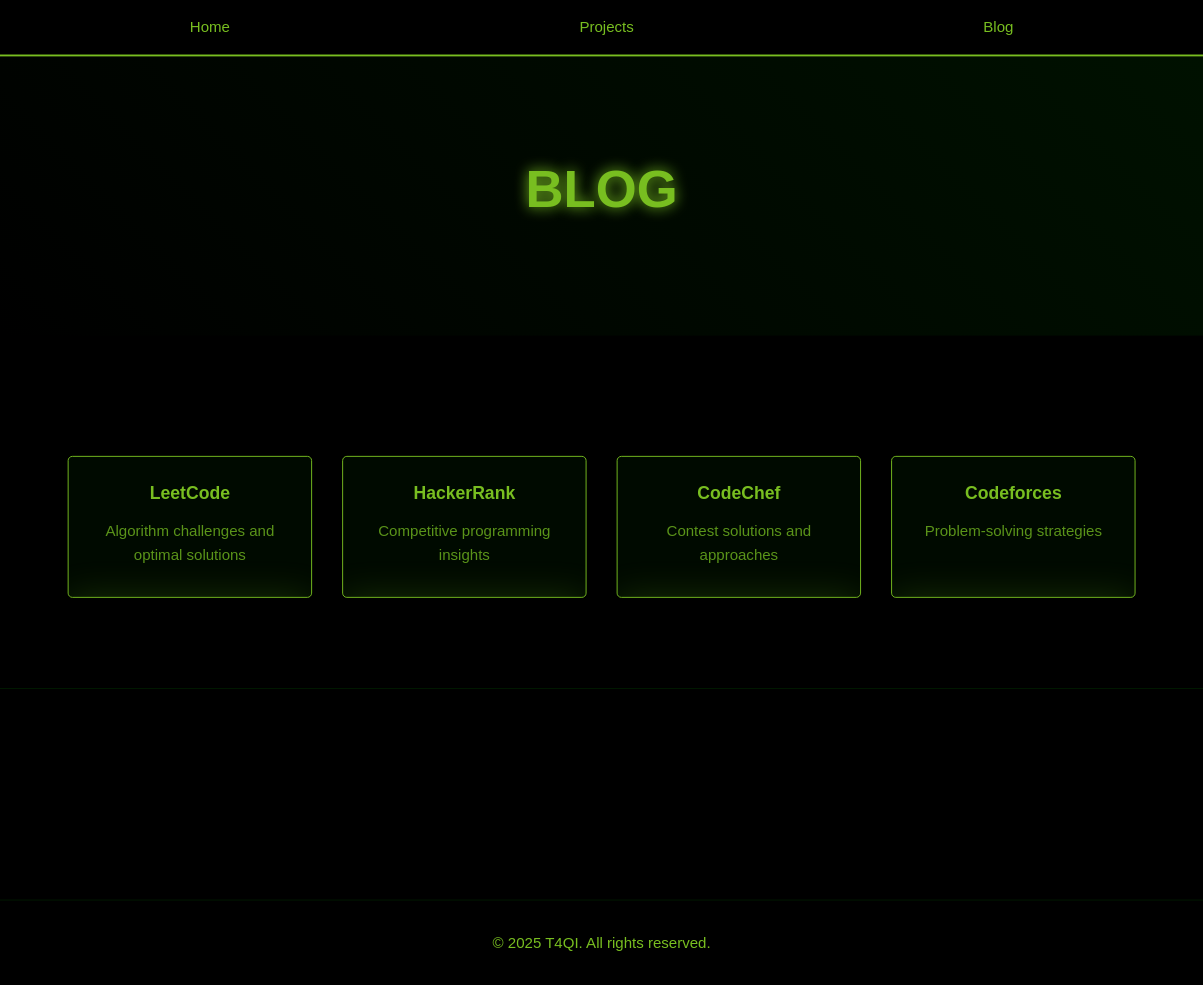
Repository: mohamedsoliman-tq/Website
Page: Blogs.html
These files come from the project's save history. The page is drawn as it stood at one moment and after a run of saves; the edit follows.
The browser window is 1280 px wide. The pictures show the whole page, at 94% of full size.

Above is the page before, as saved 2025-03-12 23:36:10.

After the next 5 saves:
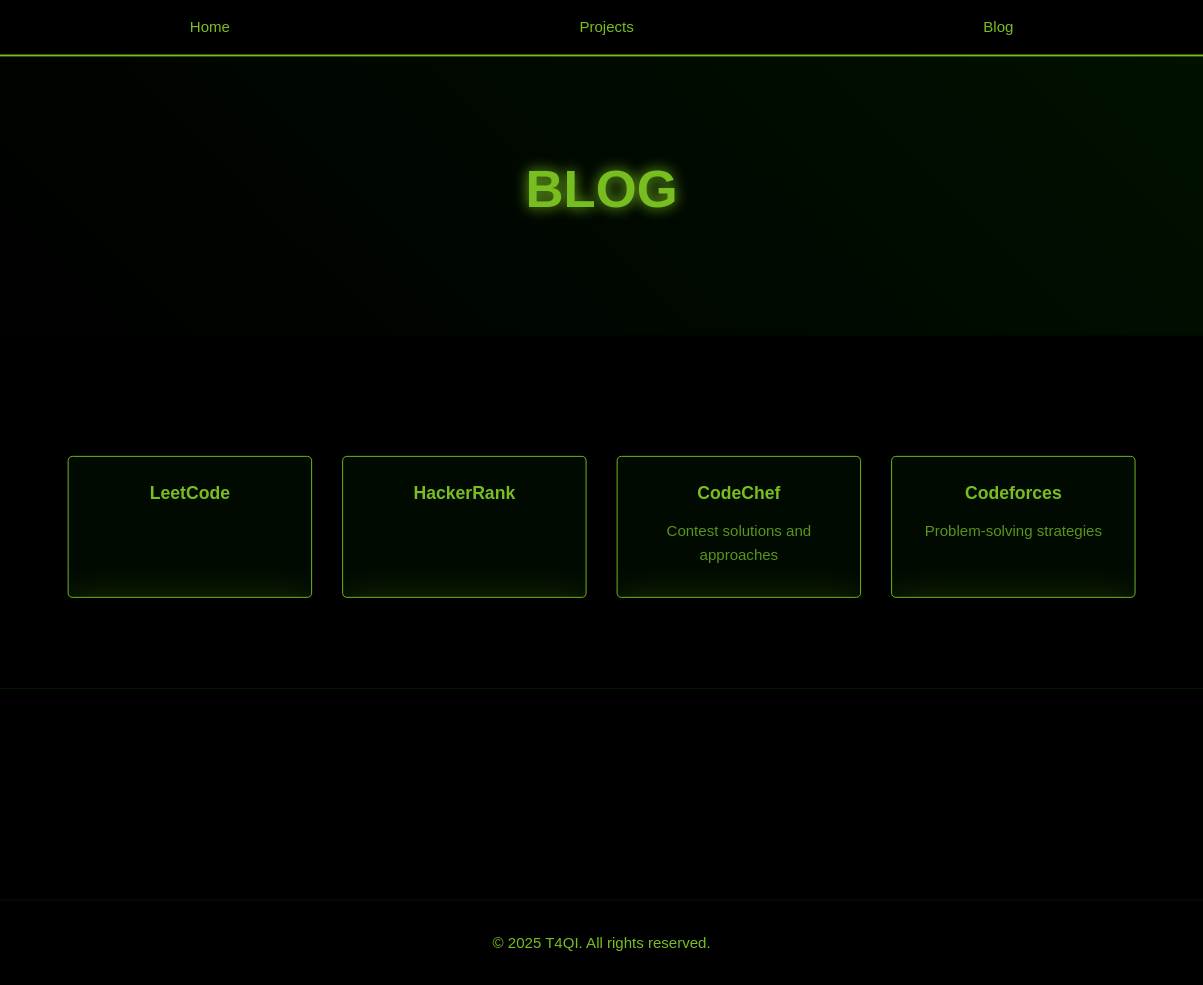
The 5 saves are shown as one change because they came seconds apart.
The last was saved 49 s later.
--- a/Blogs.html
+++ b/Blogs.html
@@ -34,13 +34,11 @@
             <div class="platform-grid">
                 <div class="platform-card" onclick="location.href='/blogs/leetcode.html';">
                     <h3>LeetCode</h3>
-                    <p>Algorithm challenges and optimal solutions</p>
                     <div class="platform-glow"></div>
                 </div>
 
                 <div class="platform-card" onclick="location.href='/blogs/hackerrank.html';">
                     <h3>HackerRank</h3>
-                    <p>Competitive programming insights</p>
                     <div class="platform-glow"></div>
                 </div>
 
